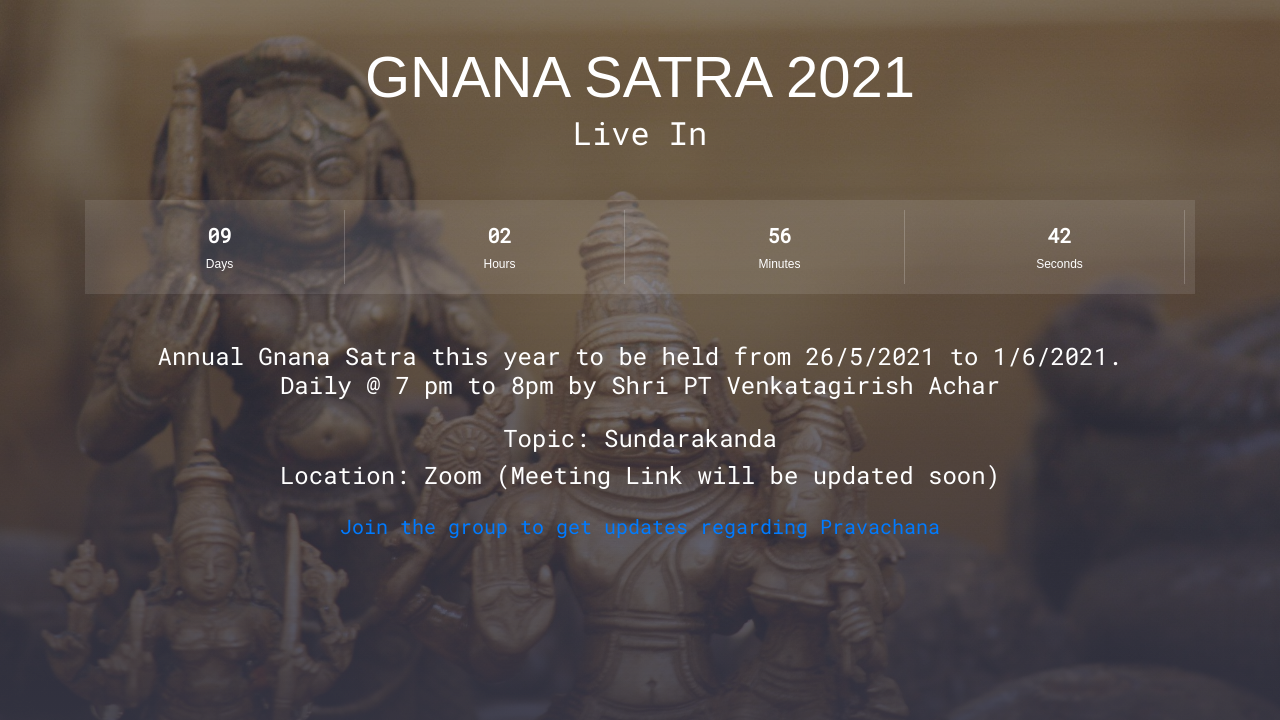
Repository: anirudhbichal/gs
Page: /
These files come from the project's save history. The page is drawn as it stood at one moment and after the next save; the edit follows.
The browser window is 1280 px wide. The pictures show the whole page.
Some web fonts or font styles are not loaded; a fallback is used. The project was rebuilt for these pictures with package versions that can differ from the ones it lists, and the page was loaded fresh each time.

Above is the page before, as saved 2021-05-17 19:10:24.

### public/index.html
<!DOCTYPE html>
<html lang="en">
  <head>
    <meta charset="utf-8" />
    <meta name="viewport" content="width=device-width, initial-scale=1" />
    <meta name="theme-color" content="#000000" />
    <meta
      name="description"
      content="Gnana Satra website"
    />
    <link rel="apple-touch-icon" href="%PUBLIC_URL%/logo192.png" />
    <!--
      manifest.json provides metadata used when your web app is installed on a
      user's mobile device or desktop. See https://developers.google.com/web/fundamentals/web-app-manifest/
    -->
    <link rel="manifest" href="%PUBLIC_URL%/manifest.json" />
    <!--
      Notice the use of %PUBLIC_URL% in the tags above.
      It will be replaced with the URL of the `public` folder during the build.
      Only files inside the `public` folder can be referenced from the HTML.

      Unlike "/favicon.ico" or "favicon.ico", "%PUBLIC_URL%/favicon.ico" will
      work correctly both with client-side routing and a non-root public URL.
      Learn how to configure a non-root public URL by running `npm run build`.
    -->
    <title>Gnana Satra</title>
  </head>
  <body>
    <noscript>You need to enable JavaScript to run this app.</noscript>
    <div id="root"></div>
    <!--
      This HTML file is a template.
      If you open it directly in the browser, you will see an empty page.

      You can add webfonts, meta tags, or analytics to this file.
      The build step will place the bundled scripts into the <body> tag.

      To begin the development, run `npm start` or `yarn start`.
      To create a production bundle, use `npm run build` or `yarn build`.
    -->
  </body>
</html>

### src/App.js
import 'bootstrap/dist/css/bootstrap.min.css';
import './App.css';
import Container from 'react-bootstrap/Container';
import Timer from "./components/countdown/Timer";

function App() {
  return (
    <div className="App">
      <Container className="my-5">
        <h1>
          Gnana Satra 2021
        </h1>
        <h2 className="mb-5">Live In</h2>
        <Timer />
        <h4 className="mt-5">
          Annual Gnana Satra this year to be held from 26/5/2021 to 1/6/2021.
          <br />
          Daily @ 7 pm to 8pm by Shri PT Venkatagirish Achar
        </h4>
        <h4 className="mt-4">
          Topic: Sundarakanda
        </h4>
        <h4>
          Location: Zoom (Meeting Link will be updated soon)
        </h4>

        <h5 className="mt-4">
          <a href="https://chat.whatsapp.com/Bpkp3Sle3405H2w5DgFScy">Join the group to get updates regarding Pravachana </a>
        </h5>
      </Container>
    </div>
  );
}

export default App;

### src/App.css
@import url("https://fonts.googleapis.com/css?family=Roboto+Mono&display=swap");
@import url('https://fonts.cdnfonts.com/css/samarkan');

body {
  color: #fff;
  font-family: "Roboto Mono", sans-serif;
  background-image: url('gs-bg.jpg');
  background-repeat: no-repeat;
  background-size: cover;
  background-position: top top;
  background-attachment: fixed;
  margin: 0;
}

.App {
  position: fixed;
  top: 0;
  left: 0;
  right: 0;
  bottom: 0;
  text-align: center;
  background: rgb(55, 55, 70);
  background: linear-gradient(
    0deg,
    rgba(55, 55, 70, 0.9) 0%,
    rgba(55, 55, 70, 0.7) 50%,
    rgba(55, 55, 70, 0.6) 100%
  );
}

h1 {
  font-family: 'Samarkan', sans-serif;
  font-size: 58px;
  text-transform: uppercase;
  line-height: 1;
}

### src/components/countdown/Timer.js
import React, { Component } from "react";
// import moment from 'moment';
import Container from 'react-bootstrap/Container';
import Row from 'react-bootstrap/Row';
import Col from 'react-bootstrap/Col';
import "./Timer.css";

class CountDown extends Component {
  constructor(props) {
    super(props);
    this.count = this.count.bind(this);
    this.state = {
      days: 0,
      minutes: 0,
      hours: 0,
      secounds: 0,
      time_up: ""
    };
    this.x = null;
    this.deadline = null;
  }
  count() {
    var now = new Date().getTime();
    var t = this.deadline - now;
    var dd = Math.floor(t / (1000 * 60 * 60 * 24));
    var hh = Math.floor((t % (1000 * 60 * 60 * 24)) / (1000 * 60 * 60));
    var mm = Math.floor((t % (1000 * 60 * 60)) / (1000 * 60));
    var ss = Math.floor((t % (1000 * 60)) / 1000);

    var days = dd < 10 ? "0" + dd : dd;
    var hours = hh < 10 ? "0" + hh : hh;
    var minutes = mm < 10 ? "0" + mm : mm;
    var seconds = ss < 10 ? "0" + ss : ss;

    this.setState({ days, minutes, hours, seconds });

    if (t < 0) {
      clearInterval(this.x);
      this.setState({
        days: 0,
        minutes: 0,
        hours: 0,
        seconds: 0,
        time_up: "TIME IS UP"
      });
    }
  }
  componentDidMount() {
    this.deadline = new Date("May 26, 2021 19:00:00").getTime();

    this.x = setInterval(this.count, 1000);
  }

  render() {
    const { days, seconds, hours, minutes } = this.state;
    return (
      <Container id="countdown">
        <Row>
            <Col>
                <div className="box">
                    <p id="day">{days}</p>
                    <span className="text">Days</span>
                </div>
            </Col>
            <Col>
                <div className="box">
                    <p id="hour">{hours}</p>
                    <span className="text">Hours</span>
                </div>
            </Col>
            <Col>
                <div className="box">
                    <p id="minute">{minutes}</p>
                    <span className="text">Minutes</span>
                </div>
            </Col>
            <Col>
                <div className="box">
                    <p id="second">{seconds}</p>
                    <span className="text">Seconds</span>
                </div>
            </Col>
        </Row>
      </Container>
    );
  }
}

export default CountDown;

### src/components/countdown/Timer.css
#countdown {
    padding: 10px;
    background-color: rgba(255, 255, 255, 0.1);
    display: inline-block;
    text-align: center;
    margin: auto;
  }
  #countdown .box {
    padding: 10px;
    border-right: solid 1px rgba(255, 255, 255, 0.2);
  }
  #countdown .col-4:last-child .box {
    border-right-color: transparent;
  }
  #countdown .box p {
    font-size: 20px;
    font-weight: bold;
    margin: 0;
  }
  #countdown .box .text {
    font-size: 12px;
    font-family: sans-serif;
  }

Loaded but not shown: src/index.js (common file); src/index.css (common file); src/reportWebVitals.js (common file)

After the next save:
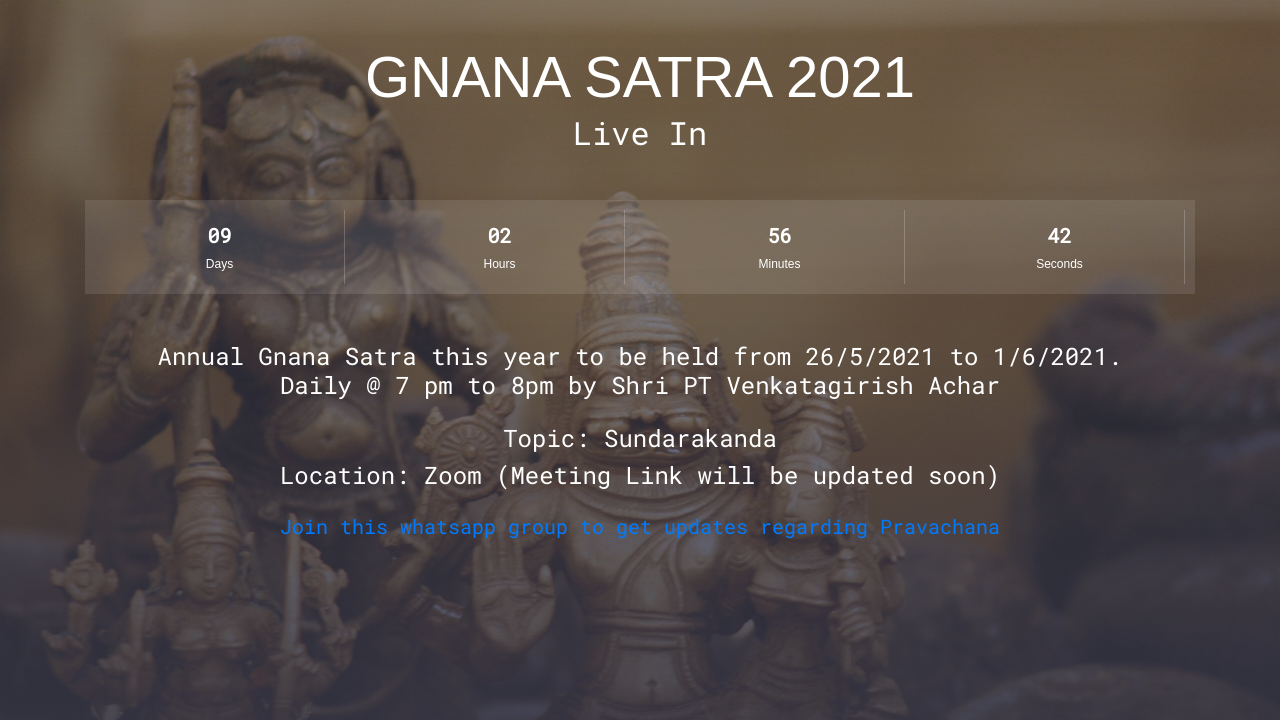
Saved 29 s later.
--- a/src/App.js
+++ b/src/App.js
@@ -25,7 +25,7 @@ function App() {
         </h4>
 
         <h5 className="mt-4">
-          <a href="https://chat.whatsapp.com/Bpkp3Sle3405H2w5DgFScy">Join the group to get updates regarding Pravachana </a>
+          <a href="https://chat.whatsapp.com/Bpkp3Sle3405H2w5DgFScy" target="_blank">Join this whatsapp group to get updates regarding Pravachana </a>
         </h5>
       </Container>
     </div>
